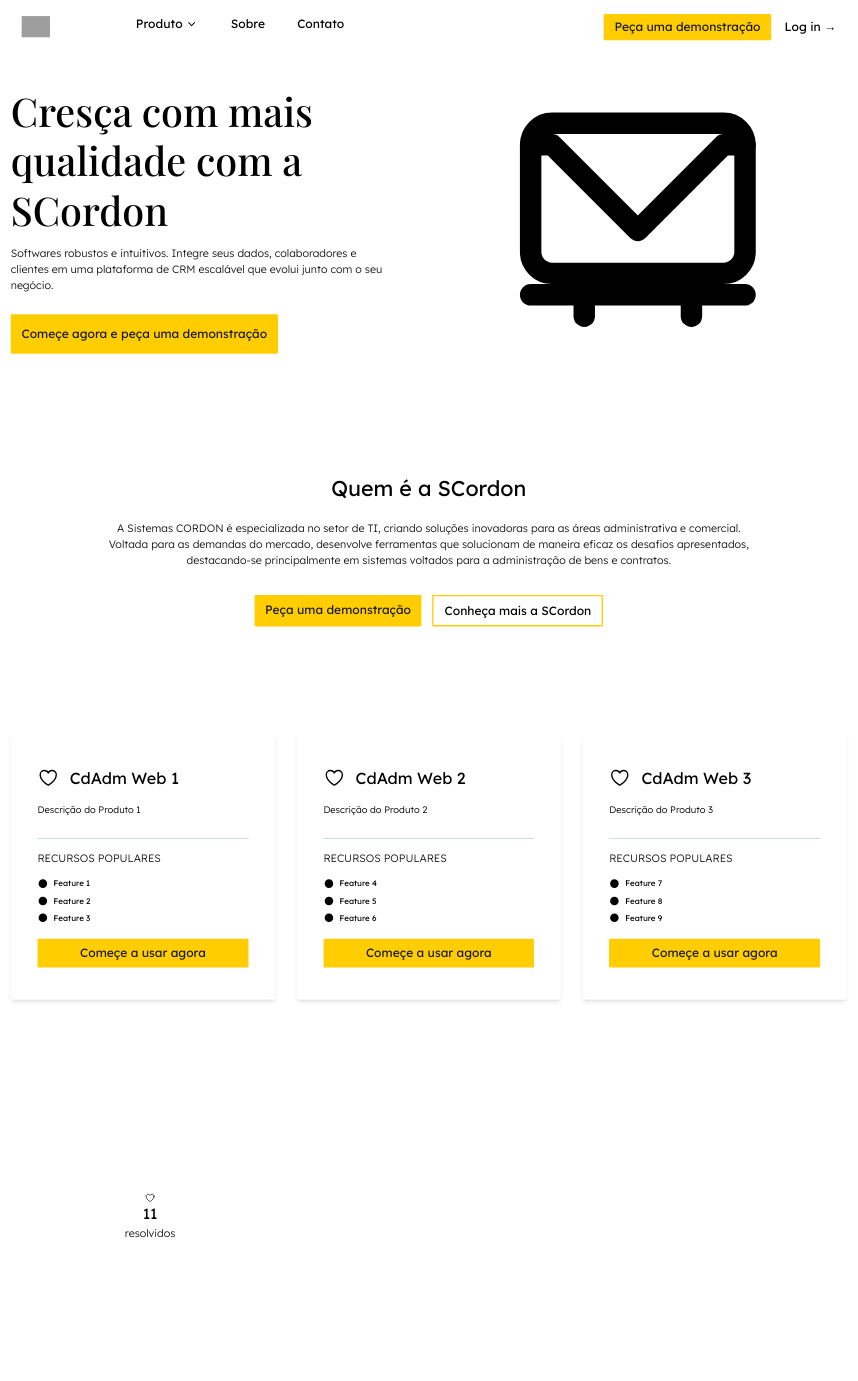
Repository: VereAbsolutum/site-institucional
Page: /
An editor plug-in stored every save of this project. The page is shown before and after a run of saves, followed by the edit.
The browser window is 1280 px wide. The pictures show the whole page, at 67% of full size.
Pictures or frames that could not be fetched are drawn as grey boxes. The project was rebuilt for these pictures with package versions that can differ from the ones it lists, and the page was loaded fresh each time. Also part of the build but not shown: vite.config.ts, src/presentation/components/buttons/button-base.tsx, src/presentation/components/buttons/button-border-primary.tsx, src/presentation/components/buttons/button-primary.tsx, src/presentation/components/links/link-border-white.tsx, src/presentation/pages/not-found/notFound.tsx.

Above is the page before, as saved 2023-04-15 22:27:17.

After the next 2 saves:
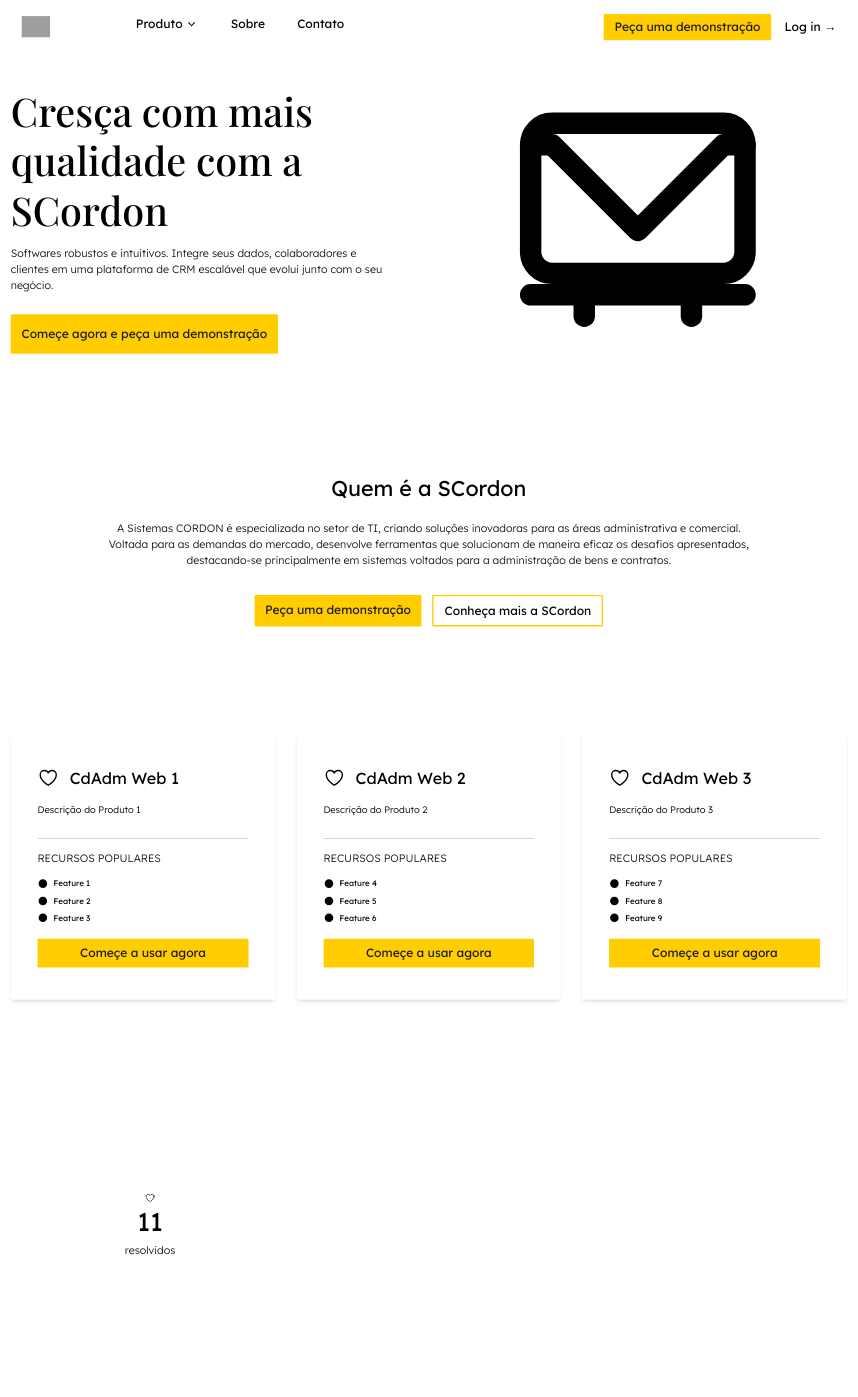
The 2 saves are shown as one change because 1 did not build or start.
The last was saved 45 s later.
--- a/src/presentation/pages/home/home.tsx
+++ b/src/presentation/pages/home/home.tsx
@@ -1,6 +1,6 @@
 import { HeartIcon } from '@heroicons/react/24/outline';
 import React from 'react';
-import { Header, LinkBorderPrimary, LinkPrimary, TextDisplay, TextHeading2, TextHeading3, TextMenu, TextParagraph } from '../../components';
+import { Header, LinkBorderPrimary, LinkPrimary, TextDisplay, TextHeading1, TextHeading2, TextHeading3, TextMenu, TextParagraph } from '../../components';
 import ProductCard from '../../components/card/product-card';
 import { productCardData } from './components';
 
@@ -87,7 +87,7 @@
                                 <HeartIcon className="w-4 h-auto text-blue-500" />
                             </p>
                             <h3>
-                                <TextHeading3>11</TextHeading3>
+                                <TextHeading1>11</TextHeading1>
                             </h3>
                             <p>
                                 <TextParagraph>
